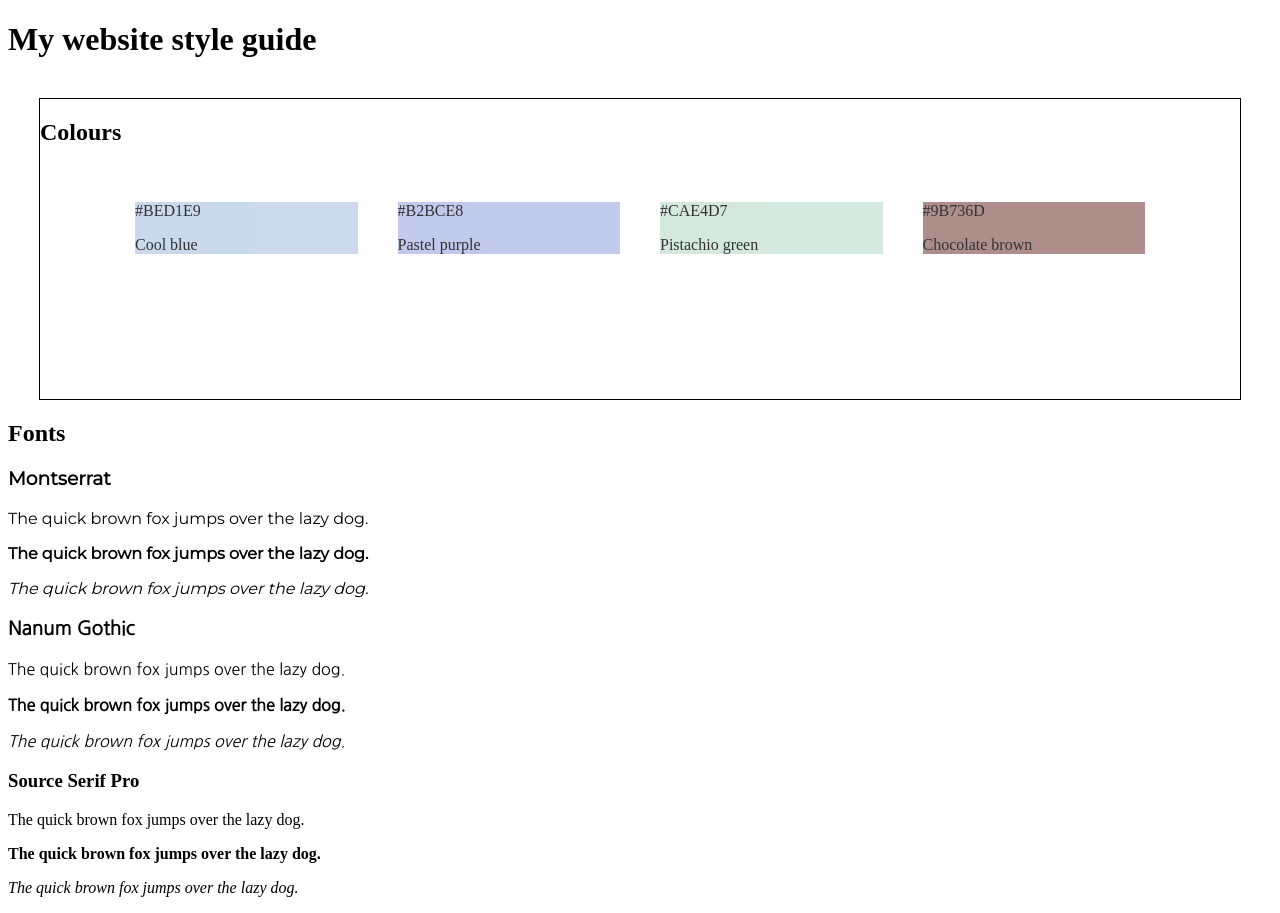
Repository: nazaninrizvi/codecademy
Page: Javascript/website-design-system/index.html
These files come from the project's save history. The page is drawn as it stood at one moment and after a run of saves; the edit follows.
The browser window is 1280 px wide. The pictures show the whole page.
Some web fonts or font styles are not loaded; a fallback is used.

Above is the page before, as saved 2021-11-26 17:16:12.

### Javascript/website-design-system/index.html
<!DOCTYPE html>
<html>
    <head>
        <title>My website style guide</title>
        <link rel="stylesheet" href="styles.css" type="text/css" />
        <link rel="preconnect" href="https://fonts.googleapis.com">
<link rel="preconnect" href="https://fonts.gstatic.com" crossorigin>
<link href="https://fonts.googleapis.com/css2?family=Montserrat&family=Nanum+Gothic&family=Source+Serif+Pro:ital,wght@1,300&display=swap" rel="stylesheet">
        <body>
        <h1>My website style guide</h1>
        <div id="colors">
            <div class="colors-container">
                <h2>Colours</h2>
                <div class="colcontainer">
                    <div class="cols"><div id="coolblue">
                        <p>#BED1E9</p>
                        <p>Cool blue</p>
                    </div></div>

                    <div class="cols"><div id="pastelPurple">
                        <p>#B2BCE8</p>
                        <p>Pastel purple</p>
                    </div></div>

                    <div class="cols"><div id="pistachio">
                        <p>#CAE4D7</p>
                        <p>Pistachio green</p>
                    </div></div>

                    <div class="cols"><div id="brown">
                        <p>#9B736D</p>
                        <p>Chocolate brown</p>
                    </div></div>

                    <div></div>
                </div>
            </div>
        </div>
        <div id="fonts">
           <h2>Fonts</h2>
           <div class="fontcontainer">
               <div class='font' id='montserrat'>
                   <h3>Montserrat</h3>
                    <p>The quick brown fox jumps over the lazy dog.</p>
                    <p><b>The quick brown fox jumps over the lazy dog.</b></p>
                    <p><i>The quick brown fox jumps over the lazy dog.</i></p>                </i></p>
                </div>

                <div class='font' id="nanum">
                    <h3>Nanum Gothic</h3>
                     <p>The quick brown fox jumps over the lazy dog.</p>
                     <p><b>The quick brown fox jumps over the lazy dog.</b></p>
                     <p><i>The quick brown fox jumps over the lazy dog.</i></p>                </i></p>
                </div>

                <div class='font' id="sourceSerif">
                    <h3>Source Serif Pro</h3>
                     <p>The quick brown fox jumps over the lazy dog.</p>
                     <p><b>The quick brown fox jumps over the lazy dog.</b></p>
                     <p><i>The quick brown fox jumps over the lazy dog.</i></p>                </i></p>
                 </div>
           </div>
        </div>
    </body>
</html>

### Javascript/website-design-system/styles.css


.colors-container{
    height: 300px;
    max-width: 1200px;
    margin: 40px auto auto auto;
    border: 1px solid black;
  }

  .colcontainer{
    max-width: 1050px;
    margin: 15px auto auto auto;
    display: flex;
    justify-content: space-between;
  }

  .cols{
    height: 300px;
    padding: 20px;
    margin-bottom: auto;
    flex-basis: 30%;
    box-sizing: border-box;
    opacity: 0.8;
  }

#coolblue{
    background-color: #bed1e9;
  }

#pastelPurple{
    background-color: #B2BCE8;
}

#pistachio{
    background-color: #CAE4D7;
}

#brown{
    background-color: #9B736D;
}


#montserrat{
  font-family: 'Montserrat', sans-serif;
}

#nanum{
  font-family: 'Nanum Gothic', sans-serif;
}

#sourceSerif{
  font-family: 'Source Serif Pro', serif;
}

After the next 2 saves:
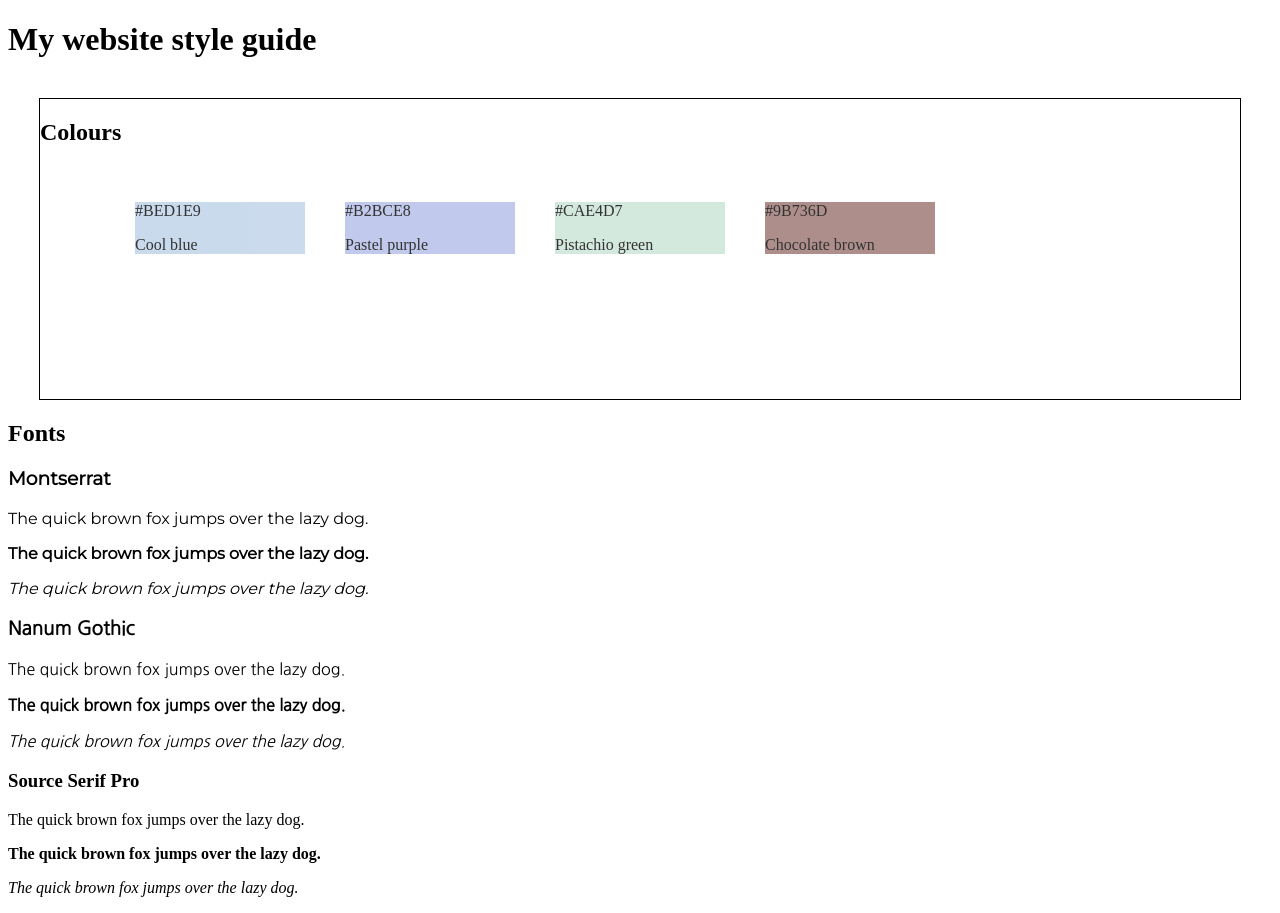
The 2 saves are shown as one change because they came seconds apart.
The last was saved 9 s later.
--- a/Javascript/website-design-system/index.html
+++ b/Javascript/website-design-system/index.html
@@ -32,7 +32,9 @@
                         <p>Chocolate brown</p>
                     </div></div>
 
-                    <div></div>
+                    <div class="cols">
+
+                    </div>
                 </div>
             </div>
         </div>
